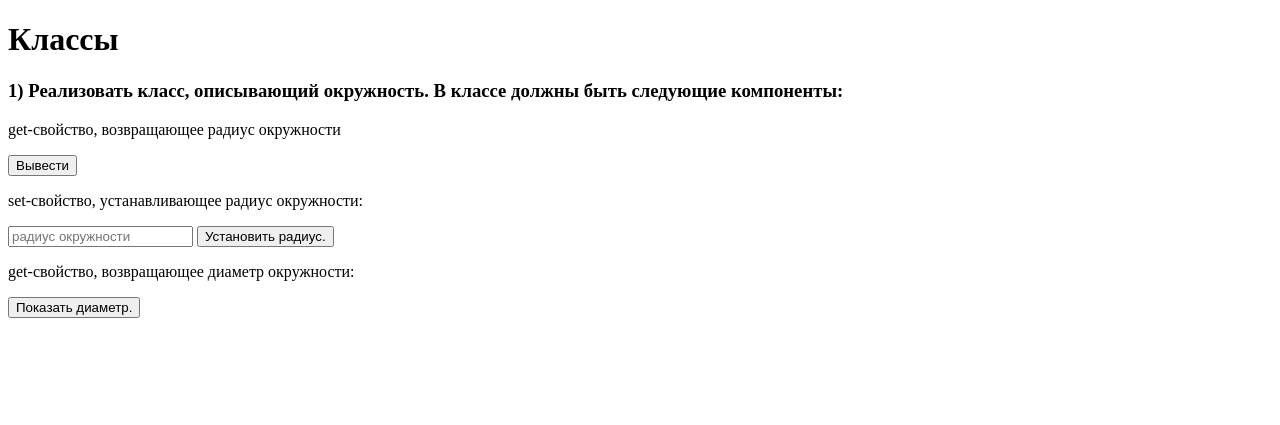
Repository: NastyaGavrilova/Beetroot-js
Page: HW6/index.html
The author's editor kept a copy of each file at every save. The page is drawn from the files as they stood at one save, then again after the next save.
The browser window is 1280 px wide. The pictures show the whole page.

Above is the page before, as saved 2021-10-24 17:43:33.

After the next save:
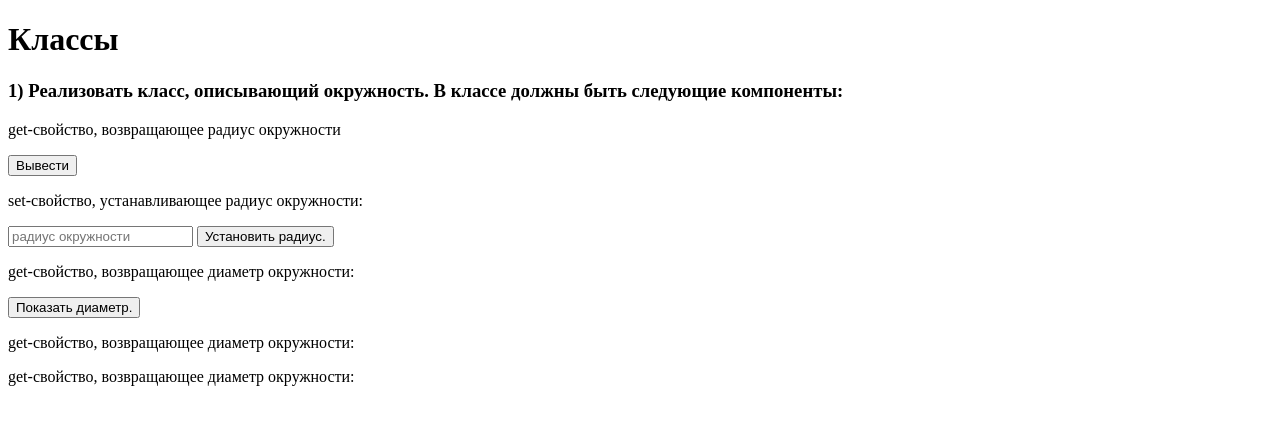
Saved 53 s later.
--- a/HW6/index.html
+++ b/HW6/index.html
@@ -46,6 +46,18 @@
           </p>
         </div>
         <button id="js-task1-btn3">Показать диаметр.</button>
+        <div class="-task1__paragraph">
+          <p class="e-paragraph">
+            get-свойство, возвращающее диаметр окружности:
+            <span id="js-task1-span3"></span>
+          </p>
+        </div>
+        <div class="-task1__paragraph">
+          <p class="e-paragraph">
+            get-свойство, возвращающее диаметр окружности:
+            <span id="js-task1-span3"></span>
+          </p>
+        </div>
       </div>
     </section>
 
